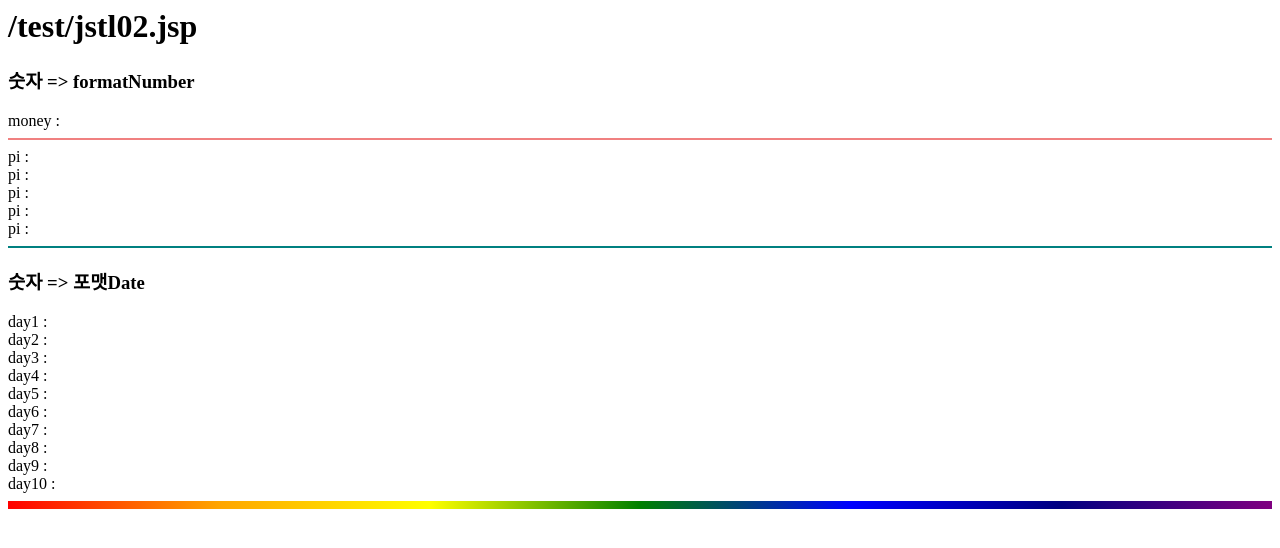
Repository: khsik/Woori-Computer-Academy
Page: http://localhost/mvc/WEB-INF/views/test/jstl02.jsp
The author's editor kept a copy of each file at every save. The page is drawn from the files as they stood at one save, then again after the next save.
The browser window is 1280 px wide. The pictures show the whole page.
The page is served by Tomcat 9. Nobody is signed in. The template is opened directly, without the code that normally fills it, so the values that code supplies are empty.

Above is the page before, as saved 2024-05-13 07:27:17.

After the next save:
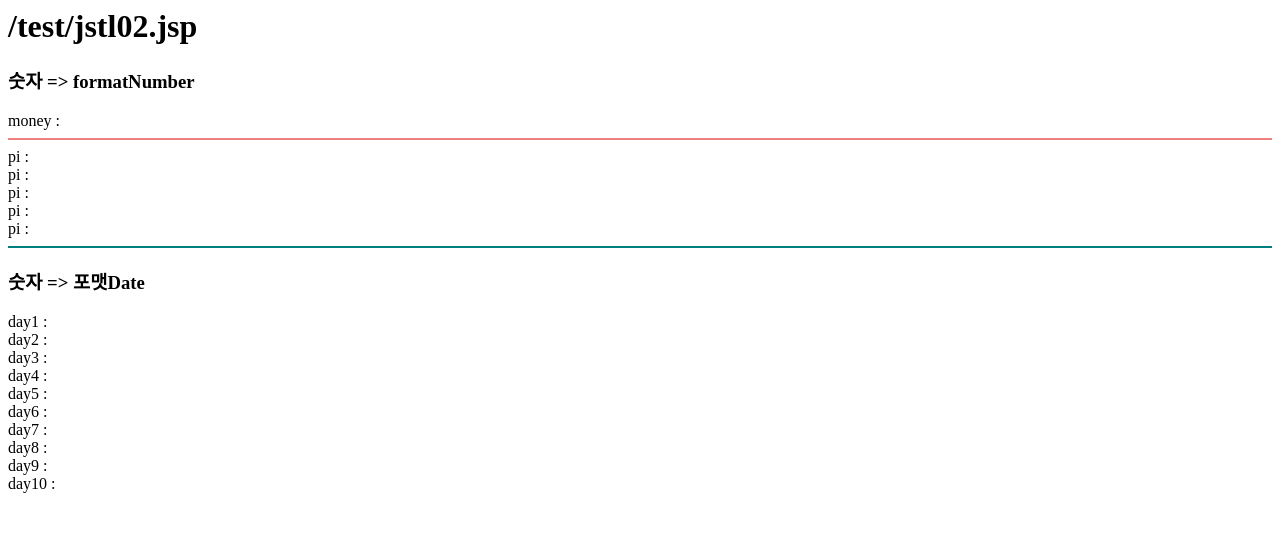
Saved 22 s later.
--- a/mvc/src/main/webapp/WEB-INF/views/test/jstl02.jsp
+++ b/mvc/src/main/webapp/WEB-INF/views/test/jstl02.jsp
@@ -31,4 +31,4 @@ day8 : <fmt:formatDate value="${day }" type="date" dateStyle="medium" /> <br>
 day9 : <fmt:formatDate value="${day }" type="date" dateStyle="short" /> <br>
 day10 : <fmt:formatDate value="${day }" type="date" dateStyle="default" /> <br>
 
-<hr size="10px" style="border:0; background: linear-gradient(0.25turn, red, orange, yellow, green, blue, navy, purple);">
+<hr size="1px" style="border:0; background: linear-gradient(0.25turn, red, orange, yellow, green, blue, navy, purple);">
